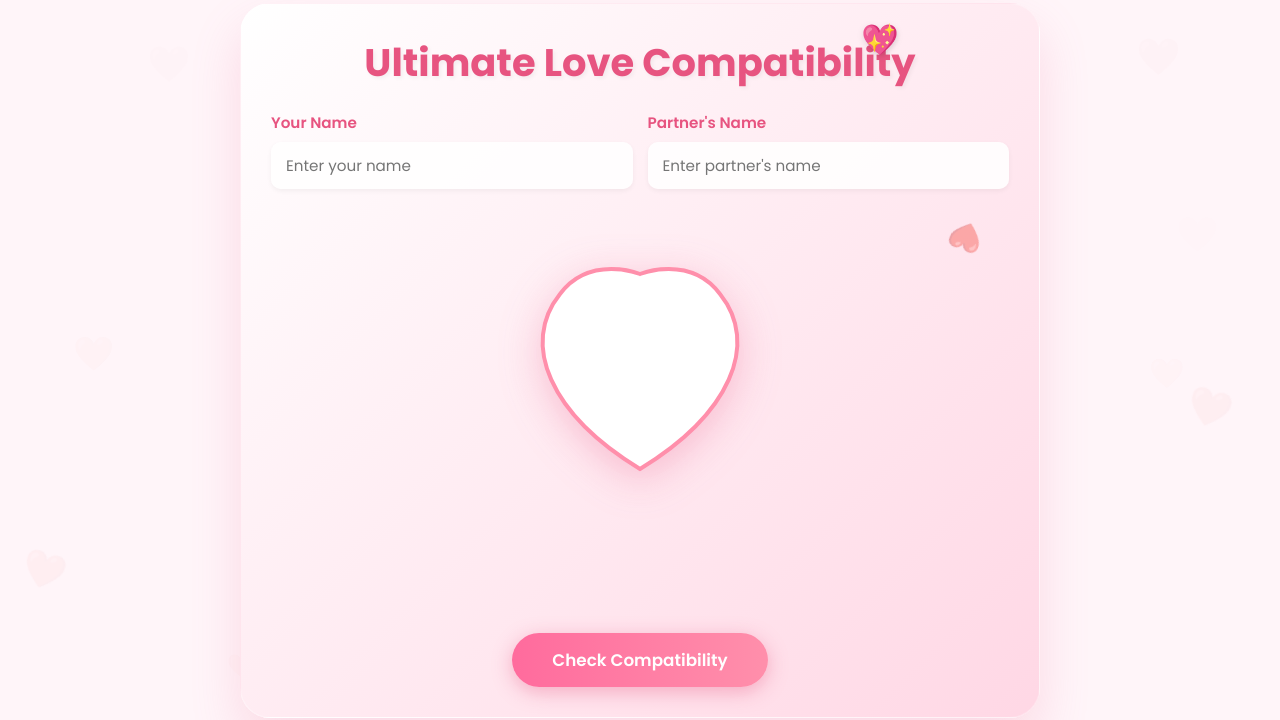
Repository: zhr-nabila/cek-jodoh
Page: index.html
These files come from the project's save history. The page is drawn as it stood at one moment and after the next save; the edit follows.
The browser window is 1280 px wide. The pictures show the whole page.

Above is the page before, as saved 2025-05-23 20:18:11.

### index.html
<!DOCTYPE html>
<html lang="en">
<head>
    <meta charset="UTF-8">
    <meta name="viewport" content="width=device-width, initial-scale=1.0">
    <title>Ultimate Love Compatibility Checker 💖</title>
    <style>
        @import url('https://fonts.googleapis.com/css2?family=Poppins:wght@300;400;600;700&display=swap');

        :root {
            --primary-pink: #ff6b9d;
            --secondary-pink: #ff8fab;
            --light-pink: #ffc2d1;
            --dark-pink: #e75480;
            --white: #fff5f9;
        }

        * {
            margin: 0;
            padding: 0;
            box-sizing: border-box;
            font-family: 'Poppins', sans-serif;
        }

        body {
            background-color: var(--white);
            color: #333;
            height: 100vh;
            display: flex;
            justify-content: center;
            align-items: center;
            overflow: hidden;
            position: relative;
        }

        .bg-hearts {
            position: absolute;
            width: 100%;
            height: 100%;
            top: 0;
            left: 0;
            pointer-events: none;
            z-index: -1;
            overflow: hidden;
        }

        .bg-heart {
            position: absolute;
            font-size: 1.5rem;
            color: rgba(255, 107, 157, 0.1);
            animation: float-up 15s linear infinite;
        }

        .container {
            width: 95%;
            max-width: 800px;
            background: linear-gradient(135deg, rgba(255,255,255,0.97) 0%, rgba(255,214,228,0.97) 100%);
            border-radius: 30px;
            box-shadow: 0 25px 50px rgba(233, 112, 148, 0.2);
            padding: 30px;
            position: relative;
            overflow: hidden;
            transform-style: preserve-3d;
            backdrop-filter: blur(5px);
            border: 1px solid rgba(255,255,255,0.3);
        }

        h1 {
            text-align: center;
            color: var(--dark-pink);
            margin-bottom: 20px;
            font-size: 2.4rem;
            text-shadow: 2px 2px 4px rgba(0,0,0,0.05);
            position: relative;
            font-weight: 700;
        }

        h1::after {
            content: '💖';
            position: absolute;
            top: -15px;
            right: 15%;
            font-size: 1.8rem;
            animation: heartbeat 1.5s infinite;
            filter: drop-shadow(0 2px 3px rgba(0,0,0,0.1));
        }

        .input-section {
            display: flex;
            justify-content: space-between;
            gap: 15px;
            margin-bottom: 30px;
        }

        .name-input {
            flex: 1;
            position: relative;
        }

        .name-input::after {
            content: '';
            position: absolute;
            bottom: 0;
            left: 0;
            width: 100%;
            height: 2px;
            background: linear-gradient(to right, var(--primary-pink), var(--secondary-pink));
            transform: scaleX(0);
            transform-origin: left;
            transition: transform 0.3s ease;
        }

        .name-input:focus-within::after {
            transform: scaleX(1);
        }

        label {
            display: block;
            margin-bottom: 8px;
            color: var(--dark-pink);
            font-weight: 600;
            font-size: 0.95rem;
        }

        input {
            width: 100%;
            padding: 12px 15px;
            border: none;
            border-radius: 10px;
            font-size: 0.95rem;
            transition: all 0.3s;
            background-color: rgba(255,255,255,0.9);
            box-shadow: 0 2px 5px rgba(0,0,0,0.05);
        }

        input:focus {
            outline: none;
            box-shadow: 0 0 0 3px rgba(255,107,157,0.2);
        }

        .result-section {
            display: flex;
            flex-direction: column;
            align-items: center;
            margin-top: 10px;
        }

        .love-container {
            position: relative;
            width: 240px;
            height: 220px;
            margin: 0 auto 20px;
            filter: drop-shadow(0 10px 20px rgba(231, 84, 128, 0.3));
        }

        .love-tank {
            width: 100%;
            height: 100%;
            position: relative;
        }

        .love-outline {
            position: absolute;
            width: 100%;
            height: 100%;
            background: url("data:[embedded picture, 242 characters]") no-repeat center/contain;
            z-index: 2;
        }

        .love-fill-container {
            position: absolute;
            width: 100%;
            height: 100%;
            clip-path: path("M120 215C30 160 0 90 40 40C70 0 120 20 120 20S170 0 200 40C240 90 210 160 120 215Z");
            overflow: hidden;
            z-index: 1;
        }

        .love-fill {
            position: absolute;
            bottom: 0;
            left: 0;
            width: 100%;
            height: 0%;
            background: linear-gradient(to top, var(--dark-pink), var(--primary-pink));
            transition: height 1.8s cubic-bezier(0.68, -0.55, 0.27, 1.55);
            display: flex;
            justify-content: center;
            align-items: flex-start;
            padding-top: 30px;
        }

        .love-fill::before {
            content: '';
            position: absolute;
            top: 0;
            left: 0;
            width: 100%;
            height: 20px;
            background: linear-gradient(to bottom, rgba(255,255,255,0.3), transparent);
        }

        .percentage {
            position: absolute;
            top: 50%;
            left: 50%;
            transform: translate(-50%, -50%);
            font-size: 2.8rem;
            font-weight: 700;
            color: white;
            text-shadow: 1px 1px 3px rgba(0,0,0,0.3);
            opacity: 0;
            transition: opacity 0.5s 1.5s;
            z-index: 3;
        }

        .percentage.show {
            opacity: 1;
        }

        .message {
            text-align: center;
            color: var(--dark-pink);
            font-size: 1.15rem;
            margin-bottom: 15px;
            min-height: 50px;
            display: flex;
            align-items: center;
            opacity: 0;
            transform: translateY(10px);
            transition: all 0.5s ease-out 1.7s;
            padding: 0 20px;
            line-height: 1.4;
        }

        .message.show {
            opacity: 1;
            transform: translateY(0);
        }

        .couple-names {
            display: flex;
            justify-content: center;
            gap: 10px;
            margin: 15px 0 20px;
            font-size: 1.4rem;
            color: var(--dark-pink);
            font-weight: 600;
            opacity: 0;
            transform: scale(0.8);
            transition: all 0.5s ease-out 1.5s;
        }

        .couple-names.show {
            opacity: 1;
            transform: scale(1);
        }

        .heart-icon {
            color: var(--primary-pink);
            animation: heartbeat 1.5s infinite;
            display: inline-block;
            transform-origin: center;
        }

        button {
            background: linear-gradient(to right, var(--primary-pink), var(--secondary-pink));
            color: white;
            border: none;
            padding: 14px 40px;
            border-radius: 50px;
            font-size: 1.05rem;
            font-weight: 600;
            cursor: pointer;
            transition: all 0.3s;
            box-shadow: 0 5px 20px rgba(231, 84, 128, 0.4);
            position: relative;
            overflow: hidden;
            margin-top: 5px;
            z-index: 1;
        }

        button:hover {
            transform: translateY(-3px);
            box-shadow: 0 8px 25px rgba(231, 84, 128, 0.6);
        }

        button:active {
            transform: translateY(1px);
        }

        button::before {
            content: '';
            position: absolute;
            top: 0;
            left: 0;
            width: 100%;
            height: 100%;
            background: linear-gradient(to right, var(--secondary-pink), var(--primary-pink));
            opacity: 0;
            transition: opacity 0.3s;
            z-index: -1;
        }

        button:hover::before {
            opacity: 1;
        }

        .hearts {
            position: absolute;
            width: 100%;
            height: 100%;
            top: 0;
            left: 0;
            pointer-events: none;
            z-index: 10;
        }

        .heart {
            position: absolute;
            font-size: 1rem;
            color: var(--primary-pink);
            opacity: 0;
            animation: float-up 4s linear forwards;
        }

        .sparkle {
            position: absolute;
            width: 6px;
            height: 6px;
            background-color: white;
            border-radius: 50%;
            opacity: 0;
            filter: blur(1px);
            animation: sparkle 2s ease-out forwards;
        }

        @keyframes heartbeat {
            0% { transform: scale(1); }
            25% { transform: scale(1.1); }
            50% { transform: scale(1); }
            75% { transform: scale(1.1); }
            100% { transform: scale(1); }
        }

        @keyframes float-up {
            0% {
                transform: translateY(0) rotate(0deg);
                opacity: 0;
            }
            10% { opacity: 0.8; }
            100% {
                transform: translateY(-100vh) rotate(360deg);
                opacity: 0;
            }
        }

        @keyframes sparkle {
            0% {
                transform: translate(0, 0) scale(0);
                opacity: 0;
            }
            20% {
                opacity: 1;
            }
            100% {
                transform: translate(var(--tx, 0), var(--ty, -50px)) scale(1);
                opacity: 0;
            }
        }

        @media (max-width: 768px) {
            .container {
                padding: 25px 20px;
                border-radius: 25px;
                width: 98%;
            }

            h1 {
                font-size: 2rem;
                margin-bottom: 15px;
            }

            h1::after {
                font-size: 1.5rem;
                right: 10%;
            }

            .input-section {
                flex-direction: column;
                gap: 12px;
                margin-bottom: 20px;
            }

            .love-container {
                width: 200px;
                height: 180px;
                margin-bottom: 15px;
            }

            .percentage {
                font-size: 2.4rem;
            }

            .message {
                font-size: 1.05rem;
                min-height: 40px;
            }

            .couple-names {
                font-size: 1.2rem;
                margin: 10px 0 15px;
            }

            button {
                padding: 13px 35px;
                font-size: 1rem;
            }
        }

        @media (max-height: 700px) {
            .container {
                transform: scale(0.9);
            }
        }
    </style>
</head>
<body>
    <div class="bg-hearts" id="bg-hearts"></div>

    <div class="container">
        <h1>Ultimate Love Compatibility</h1>

        <div class="input-section">
            <div class="name-input">
                <label for="name1">Your Name</label>
                <input type="text" id="name1" placeholder="Enter your name">
            </div>

            <div class="name-input">
                <label for="name2">Partner's Name</label>
                <input type="text" id="name2" placeholder="Enter partner's name">
            </div>
        </div>

        <svg width="0" height="0">
  <defs>
    <clipPath id="loveClip" clipPathUnits="objectBoundingBox">
      <path d="M0.5,1 C0.125,0.75,0,0.4,0.167,0.167 C0.292,0,0.5,0.1,0.5,0.1 S0.708,0,0.833,0.167 C1,0.4,0.875,0.75,0.5,1 Z" />
    </clipPath>
  </defs>
</svg>


        <div class="result-section">
            <div class="love-container">
                <div class="love-tank">
                    <div class="love-fill-container">
                        <div class="love-fill"></div>
                    </div>
                    <div class="love-outline"></div>
                    <div class="percentage">0%</div>
                </div>
            </div>

            <div class="couple-names">
                <span class="name1-output"></span>
                <span class="heart-icon">❤️</span>
                <span class="name2-output"></span>
            </div>

            <div class="message">Enter both names to check your love compatibility!</div>

            <button id="check-btn">Check Compatibility</button>
        </div>

        <div class="hearts" id="hearts-container"></div>
    </div>

    <script>
        document.addEventListener('DOMContentLoaded', function() {
            const name1Input = document.getElementById('name1');
            const name2Input = document.getElementById('name2');
            const checkBtn = document.getElementById('check-btn');
            const loveFill = document.querySelector('.love-fill');
            const percentage = document.querySelector('.percentage');
            const message = document.querySelector('.message');
            const heartsContainer = document.getElementById('hearts-container');
            const bgHeartsContainer = document.getElementById('bg-hearts');
            const name1Output = document.querySelector('.name1-output');
            const name2Output = document.querySelector('.name2-output');
            const coupleNames = document.querySelector('.couple-names');

            // Create background hearts
            function createBgHearts() {
                for (let i = 0; i < 25; i++) {
                    setTimeout(() => {
                        const heart = document.createElement('div');
                        heart.classList.add('bg-heart');
                        heart.innerHTML = '❤️';
                        heart.style.left = Math.random() * 100 + 'vw';
                        heart.style.top = Math.random() * 100 + 'vh';
                        heart.style.animationDuration = Math.random() * 10 + 15 + 's';
                        heart.style.animationDelay = Math.random() * 5 + 's';
                        heart.style.fontSize = Math.random() * 25 + 15 + 'px';
                        heart.style.opacity = Math.random() * 0.15 + 0.05;
                        bgHeartsContainer.appendChild(heart);
                    }, i * 300);
                }
            }

            // Create floating hearts
            function createHearts(count = 1, x, y) {
                for (let i = 0; i < count; i++) {
                    const heart = document.createElement('div');
                    heart.classList.add('heart');
                    heart.innerHTML = '❤️';
                    heart.style.left = (x || Math.random() * 100) + 'vw';
                    heart.style.top = (y || Math.random() * 100) + 'vh';
                    heart.style.animationDuration = Math.random() * 3 + 2 + 's';
                    heart.style.fontSize = Math.random() * 20 + 10 + 'px';
                    heartsContainer.appendChild(heart);

                    setTimeout(() => {
                        heart.remove();
                    }, 4000);
                }
            }

            // Create sparkles
            function createSparkles(x, y, count = 10) {
                for (let i = 0; i < count; i++) {
                    const sparkle = document.createElement('div');
                    sparkle.classList.add('sparkle');
                    sparkle.style.left = x + 'px';
                    sparkle.style.top = y + 'px';
                    sparkle.style.setProperty('--tx', (Math.random() - 0.5) * 100 + 'px');
                    sparkle.style.setProperty('--ty', (Math.random() - 0.5) * 100 + 'px');
                    sparkle.style.animationDelay = i * 0.05 + 's';
                    heartsContainer.appendChild(sparkle);

                    setTimeout(() => {
                        sparkle.remove();
                    }, 2000);
                }
            }

            // Initialize background hearts
            createBgHearts();

            // Set interval for floating hearts
            setInterval(() => createHearts(1), 1000);

            // Calculate love percentage
            function calculateLove(name1, name2) {
                // Combine names and convert to lowercase
                const combined = (name1 + name2).toLowerCase().replace(/\s/g, '');

                // Simple hash calculation
                let hash = 0;
                for (let i = 0; i < combined.length; i++) {
                    hash = combined.charCodeAt(i) + ((hash << 5) - hash);
                }

                // More sophisticated calculation for more "realistic" results
                const seed = Math.abs(hash) % 1000;
                const base = 40 + (seed % 20); // Base between 40-60
                const modifier = (name1.length + name2.length) % 30; // 0-29
                const compatibility = Math.min(base + modifier, 100);

                return compatibility;
            }

            // Get love message based on percentage
            function getLoveMessage(percentage) {
                if (percentage >= 95) return "Divine connection! Your souls are intertwined 💫";
                if (percentage >= 85) return "Perfect match! A love story for the ages 💑";
                if (percentage >= 75) return "Incredible chemistry! This love will last 💞";
                if (percentage >= 65) return "Strong potential! Nurture this beautiful bond 🌸";
                if (percentage >= 55) return "Good match! With effort, love will blossom 🌱";
                if (percentage >= 45) return "Some differences, but love can bridge them 💬";
                return "Challenging match, but true love conquers all! 💪";
            }

            // Animate love heart
            function animateLoveHeart(percentageValue) {
                // Reset animation
                loveFill.style.height = '0%';
                percentage.textContent = '0%';
                percentage.classList.remove('show');
                message.classList.remove('show');
                coupleNames.classList.remove('show');

                // Update names
                name1Output.textContent = name1Input.value.trim() || 'You';
                name2Output.textContent = name2Input.value.trim() || 'Partner';

                setTimeout(() => {
                    // Animate heart fill
                    loveFill.style.height = percentageValue + '%';

                    // Create ripples in the love fill
                    for (let i = 0; i < 5; i++) {
                        setTimeout(() => {
                            createSparkles(
                                Math.random() * 200 + 20,
                                200 - (percentageValue * 2)
                            );
                        }, i * 200);
                    }

                    // Animate percentage display
                    let current = 0;
                    const increment = Math.ceil(percentageValue / 30);
                    const timer = setInterval(() => {
                        current += increment;
                        if (current >= percentageValue) {
                            current = percentageValue;
                            clearInterval(timer);

                            // Show results after animation completes
                            setTimeout(() => {
                                percentage.textContent = percentageValue + '%';
                                percentage.classList.add('show');
                                message.textContent = getLoveMessage(percentageValue);
                                message.classList.add('show');
                                coupleNames.classList.add('show');

                                // Final sparkles
                                createSparkles(120, 100, 20);
                            }, 200);
                        }
                        percentage.textContent = current + '%';
                    }, 50);
                }, 100);
            }

            // Check compatibility button click
            checkBtn.addEventListener('click', function() {
                const name1 = name1Input.value.trim();
                const name2 = name2Input.value.trim();

                if (!name1 || !name2) {
                    message.textContent = "Please enter both names to check compatibility!";
                    message.classList.add('show');
                    setTimeout(() => {
                        message.classList.remove('show');
                    }, 2000);
                    return;
                }

                const percentageValue = calculateLove(name1, name2);
                animateLoveHeart(percentageValue);

                // Create explosion of hearts
                for (let i = 0; i < 20; i++) {
                    setTimeout(() => {
                        createHearts(2, 50, 50);
                    }, i * 100);
                }
            });

            // Also check when pressing Enter in either input
            [name1Input, name2Input].forEach(input => {
                input.addEventListener('keypress', function(e) {
                    if (e.key === 'Enter') {
                        checkBtn.click();
                    }
                });
            });
        });
    </script>
</body>
</html>

After the next save:
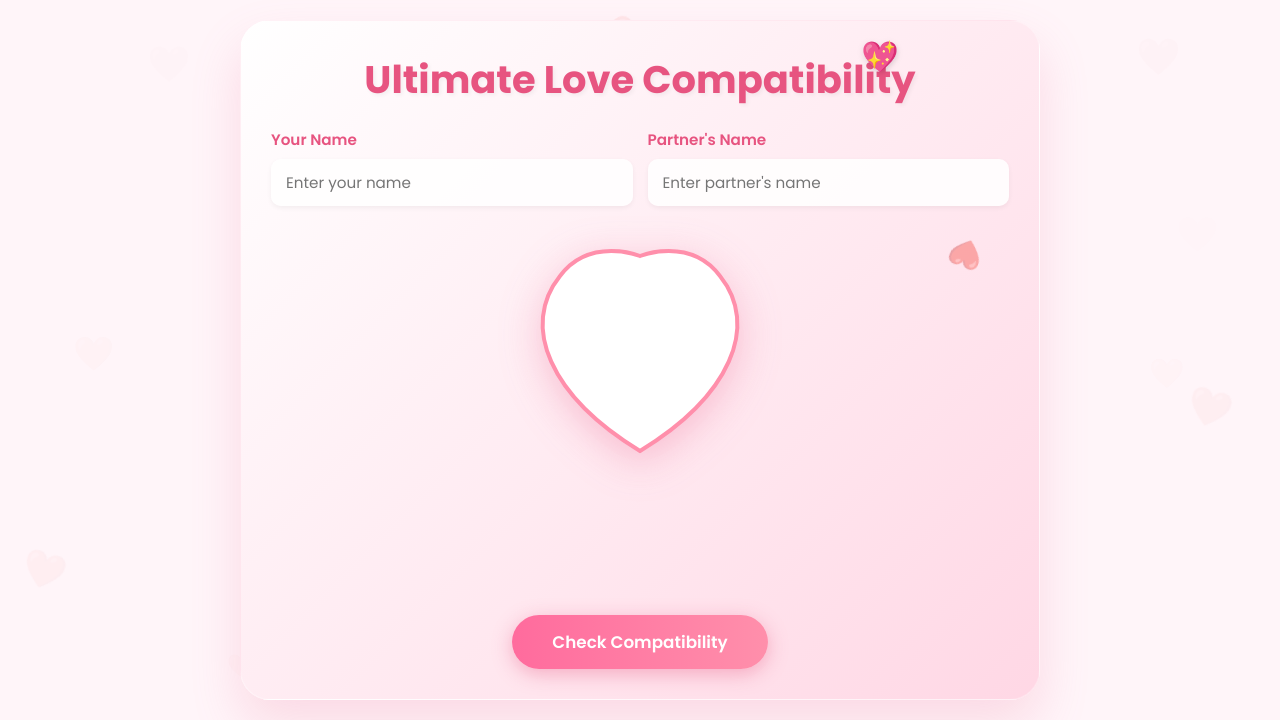
Saved 9 s later.
--- a/index.html
+++ b/index.html
@@ -442,15 +442,6 @@
                 <input type="text" id="name2" placeholder="Enter partner's name">
             </div>
         </div>
-
-        <svg width="0" height="0">
-  <defs>
-    <clipPath id="loveClip" clipPathUnits="objectBoundingBox">
-      <path d="M0.5,1 C0.125,0.75,0,0.4,0.167,0.167 C0.292,0,0.5,0.1,0.5,0.1 S0.708,0,0.833,0.167 C1,0.4,0.875,0.75,0.5,1 Z" />
-    </clipPath>
-  </defs>
-</svg>
-
 
         <div class="result-section">
             <div class="love-container">
